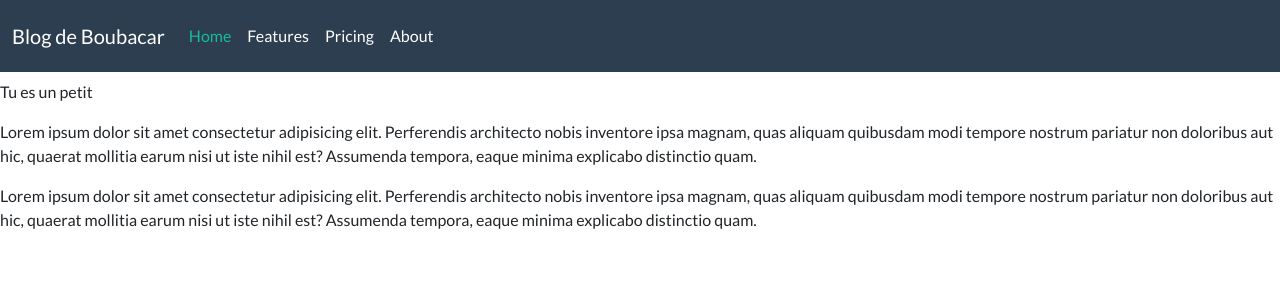
Repository: 2boubacar10/blog_lior_chamla
Page: templates/blog/home.html.twig
These files come from the project's save history. The page is drawn as it stood at one moment and after the next save; the edit follows.
The browser window is 1280 px wide. The pictures show the whole page.
The page is a Twig template of a Symfony application; nobody is signed in and links lead nowhere. The template is opened directly, without the code that normally fills it, so the values that code supplies are empty.

Above is the page before, as saved 2021-06-26 15:07:35.

After the next save:
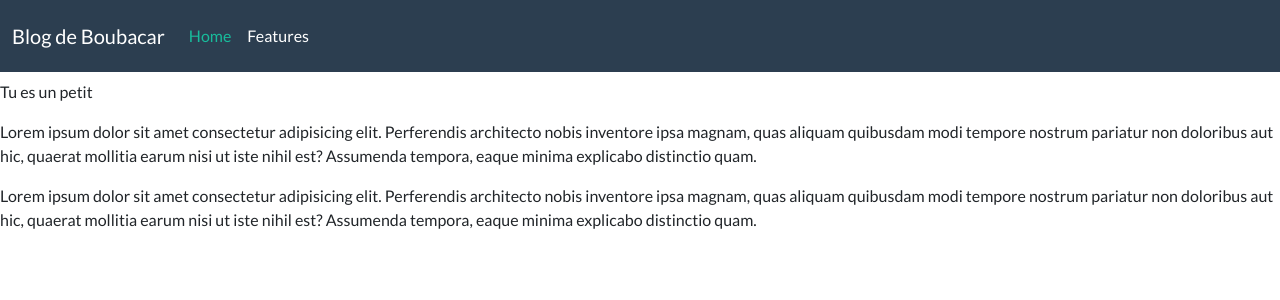
Saved 22 s later.
--- a/templates/base.html.twig
+++ b/templates/base.html.twig
@@ -34,12 +34,6 @@
                         <li class="nav-item">
                             <a class="nav-link" href="#">Features</a>
                         </li>
-                        <li class="nav-item">
-                            <a class="nav-link" href="#">Pricing</a>
-                        </li>
-                        <li class="nav-item">
-                            <a class="nav-link" href="#">About</a>
-                        </li>
 
                     </ul>
                 </div>
